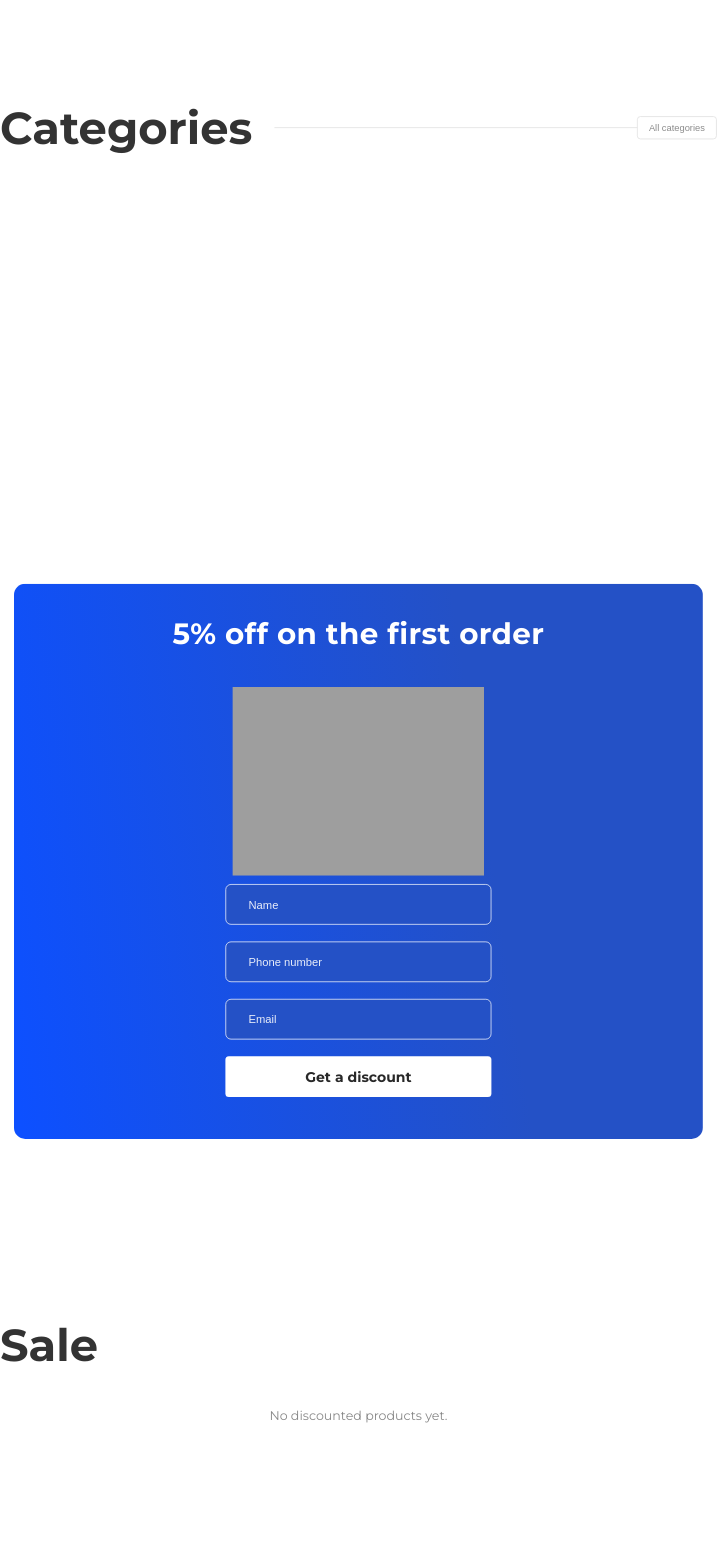
Repository: jursylian/PET-INTERNET-SHOP-PROJECT
Page: /
These files come from the project's save history. The page is drawn as it stood at one moment and after the next save; the edit follows.
The browser window is 1024 px wide. The page is 1040 px wide, so the pictures cover 1040 px, including what lies to the right of the window. The pictures show the part of the page from y = 700 to 2940 px (the page is 4314 px tall), at 70% of full size.
Pictures or frames that could not be fetched are drawn as grey boxes. The page's requests for data from a server got no answer. The project was rebuilt for these pictures with package versions that can differ from the ones it lists, and the page was loaded fresh each time. No one was signed in, and anything a server would have sent is missing. Also part of the build but not shown: vite.config.js, src/pages/CategoriesAll/CategoriesAll.module.css, src/ui/PageSection/PageSection.module.css, src/ui/PageSection/PageSection.jsx, src/pages/CategoriesAll/CategoriesAll.jsx, src/redux/productsSelectors.js, src/components/ProductFilter/ProductFilter.module.css, src/components/ProductFilter/ProductFilter.jsx and 22 more.

Above is the page before, as saved 2025-11-06 22:07:18.

After the next save:
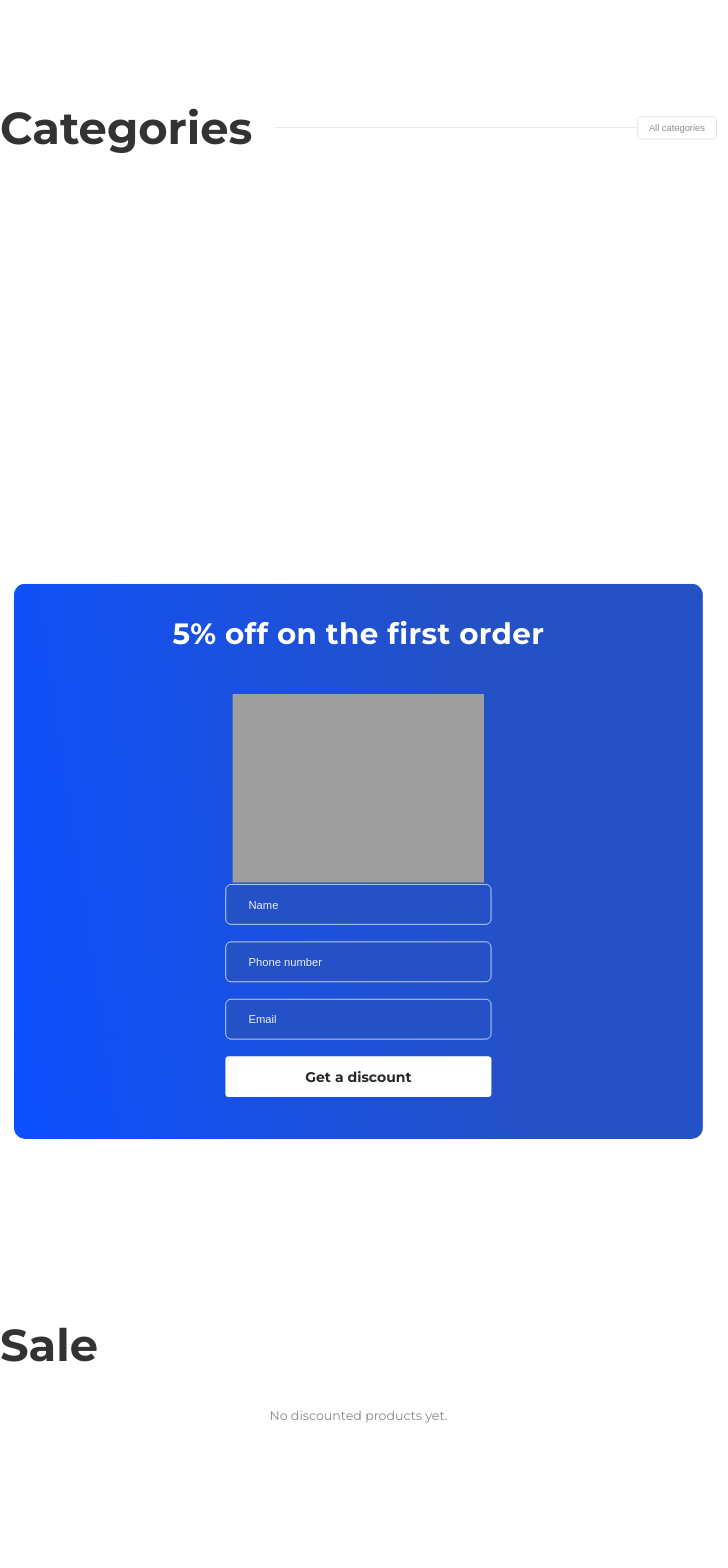
Saved 6 s later.
--- a/src/components/DiscountForm/DiscountForm.module.css
+++ b/src/components/DiscountForm/DiscountForm.module.css
@@ -103,7 +103,7 @@
 
   .animals {
     width: 90%;
-    transform: translateY(20px);
+    transform: translateY(30px);
   }
 }
 
